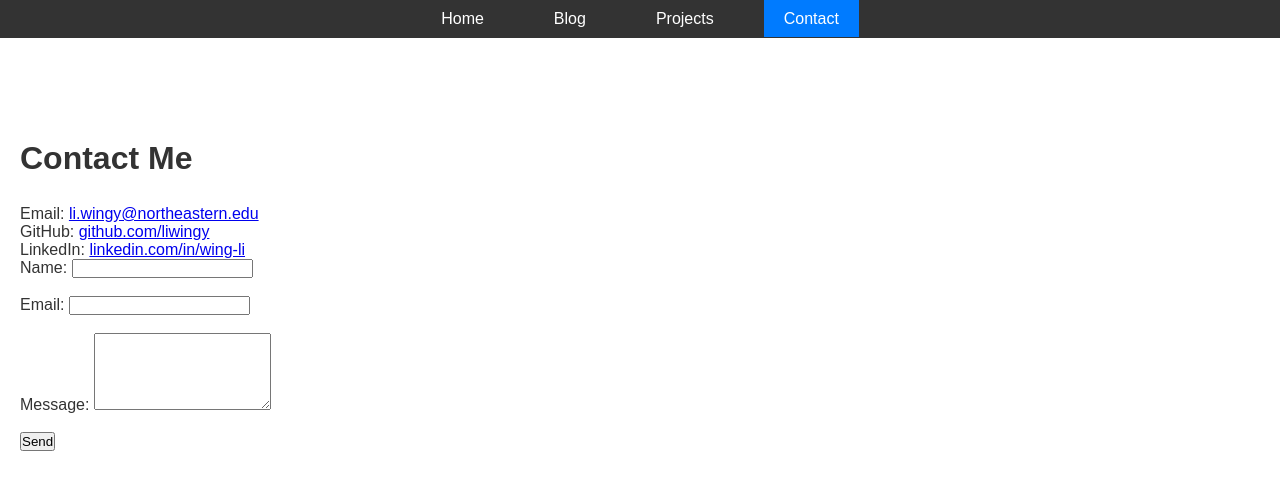
Repository: liwingy/cs5610_fall24_project1
Page: contact.html
The author's editor kept a copy of each file at every save. The page is drawn from the files as they stood at one save, then again after the next save.
The browser window is 1280 px wide. The pictures show the whole page.

Above is the page before, as saved 2024-10-07 18:40:25.

### contact.html
<!DOCTYPE html>
<html lang="en">
<head>
    <meta charset="UTF-8">
    <meta name="viewport" content="width=device-width, initial-scale=1.0">
    <title>Wing Yee Li | Contact</title>
    <link rel="stylesheet" href="style.css">
</head>
<body>
    <nav>
        <ul>
            <li><a href="homepage.html">Home</a></li>
            <li><a href="blog.html">Blog</a></li>
            <li><a href="projects.html">Projects</a></li>
            <li><a href="contact.html" class="active">Contact</a></li>
        </ul>
    </nav>
    <main>
        <section class="contact">
            <h2>Contact Me</h2>
            <br>
            <p>Email: <a href="mailto:li.wingy@northeastern.edu">li.wingy@northeastern.edu</a></p>
            <p>GitHub: <a href="https://github.com/liwingy" target="_blank">github.com/liwingy</a></p>
            <p>LinkedIn: <a href="https://linkedin.com/in/wing-li" target="_blank">linkedin.com/in/wing-li</a></p>

            <form action="mailto:li.wingy@northeastern.edu" method="POST" enctype="text/plain">
                <label for="name">Name:</label>
                <input type="text" id="name" name="name" required>
                <br><br>

                <label for="email">Email:</label>
                <input type="email" id="email" name="email" required>
                <br><br>

                <label for="message">Message:</label>
                <textarea id="message" name="message" rows="5" required></textarea>
                <br><br>

                <input type="submit" value="Send">
            </form>
        </section>
    </main>
</body>
</html>

### style.css
* {
    margin: 0;
    padding: 0;
    box-sizing: border-box;
    font-family: 'Arial', sans-serif;
}

body, html {
    height: 100%;
    margin: 0;
}

body {
    background-color: rgb(255, 255, 255);
    color: #333;
    display: flex;
    flex-direction: column;   /* Stack the content vertically */
    height: 100vh;            /* Make sure the body takes up the full viewport height */
}

main {
    display: flex;
    justify-content: center;
    align-items: center;
    flex-direction: column;
    height: auto;
    margin-top: 80px;
    padding-top: 20px;
}

header {
    text-align: center;
}

.blog, .projects, .contact, .about-me {
    margin-top: 20px;
    padding: 20px;
    width: 100%;
}

nav {
    width: 100%;              /* Full width navigation bar */
    background-color: #333;    /* Background color for the navbar */
    position: fixed;          /* Keep the navbar fixed at the top */
    top: 0;
    left: 0;
    padding: 10px 0;          /* Add some padding for spacing */
    z-index: 1;               /* Ensure the navbar stays above other content */
}

nav ul {
    list-style: none;
    display: flex;            /* Display the list items in a row */
    justify-content: center;  /* Center the list items horizontally */
    margin: 0;
    padding: 0;
}

nav ul li {
    margin: 0 15px;           /* Space between each nav item */
}

nav ul li a {
    color: #fff;
    text-decoration: none;
    padding: 10px 20px;       /* Add padding around each link */
    transition: background-color 0.3s;
}

nav ul li a:hover {
    background-color: #555;   /* Change background color on hover */
}

.active {
    background-color: #007BFF; /* Style for the active page link */
}

h1 {
    font-size: 2.5rem;
    margin-top: 60px;        /* Add space from the navbar */
}

h2 {
    font-size: 2rem;
    margin-bottom: 10px;
}

.highlight {
    font-weight: bold;
    color: black; /* Highlight the text in a different color */
}

.about-me h3:before {
    content: "⚡ "; /* Add an icon or symbol before each section */
    font-size: 1.5rem;
    color: #007BFF;
    margin-right: 5px;
}

.projects-grid {
    display: grid;
    grid-template-columns: repeat(auto-fit, minmax(300px, 1fr)); /* Auto-fit for responsiveness */
    gap: 20px; /* Space between grid items */
    margin-top: 20px;
}

.project-item h3:before {
    content: "🚀";
    padding: 20px;
    border-radius: 10px;
    text-align: left;
    box-shadow: 0 2px 10px rgba(0, 0, 0, 0.1);
}

.centered-video,
.pics {
    max-width: 300px;
    width: 100%;
    height: auto;
    display: block;
    margin: 20px auto;
    border-radius: 10px;
}

/* Responsive design */
@media screen and (max-width: 768px) {
    nav ul {
        flex-direction: column;  /* Stack the navbar links vertically on small screens */
        align-items: center;
    }

    nav ul li {
        margin: 10px 0;          /* Space out vertically in mobile view */
    }

    h1 {
        font-size: 1.8rem;
        margin-top: 100px;       /* Adjust spacing on small screens */
    }
}

After the next save:
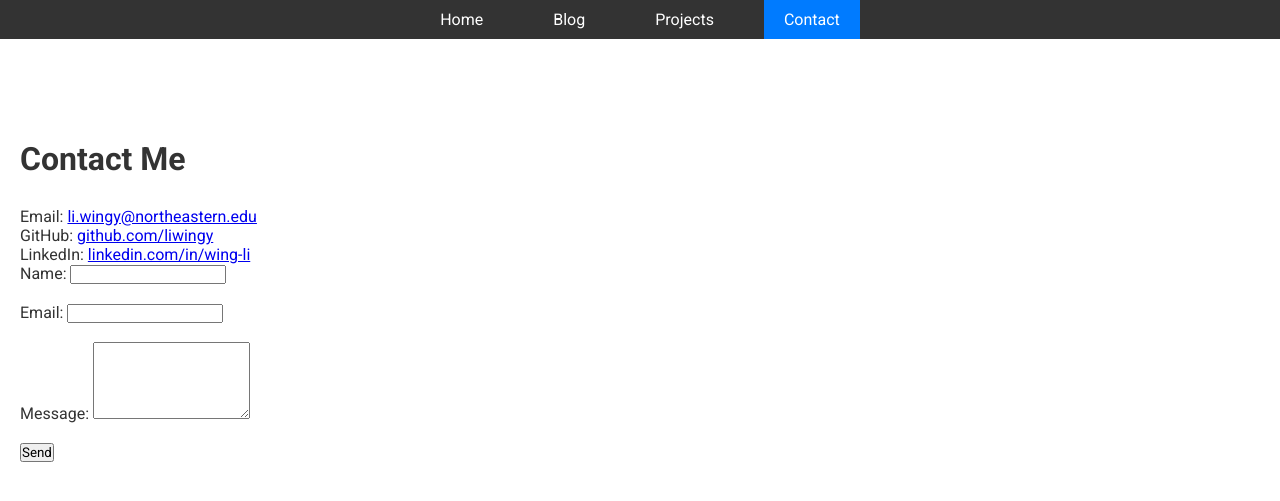
Saved 2 min 40 s later.
--- a/style.css
+++ b/style.css
@@ -1,8 +1,10 @@
+@import url('https://fonts.googleapis.com/css2?family=Roboto:wght@400;700&display=swap');
+
 * {
     margin: 0;
     padding: 0;
     box-sizing: border-box;
-    font-family: 'Arial', sans-serif;
+    font-family: 'Roboto', sans-serif;
 }
 
 body, html {
